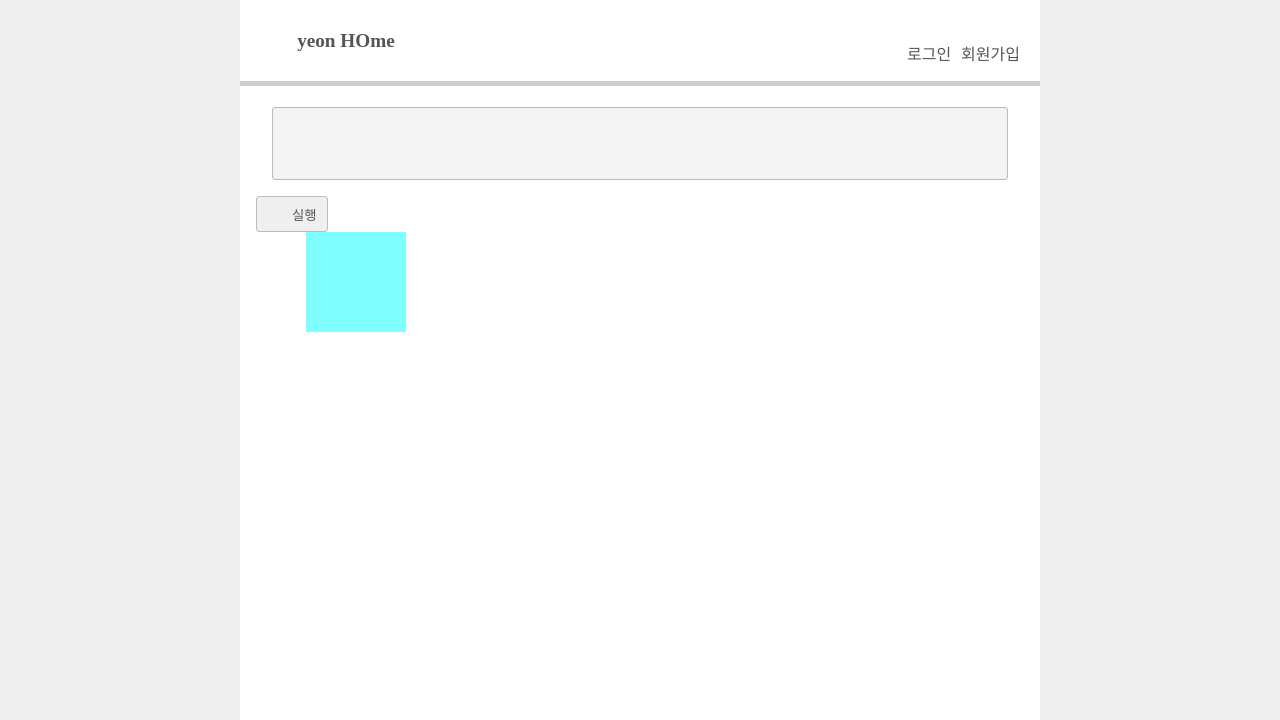
Repository: yeonhwa323/webPro
Page: webPro/src/main/webapp/jquery/days09/ex05.html
These files come from the project's save history. The page is drawn as it stood at one moment and after the next save; the edit follows.
The browser window is 1280 px wide. The pictures show the whole page.
After loading, the first visible `button` was clicked once.
Some web fonts or font styles are not loaded; a fallback is used.

Above is the page before, as saved 2024-04-17 05:16:39.

### webPro/src/main/webapp/jquery/days09/ex05.html
<!DOCTYPE html>
<html>
<head>
<meta charset="UTF-8">
<meta name="viewport" content="width=device-width, initial-scale=1.0">
<title>Insert title here</title>
<link rel="shortcut icon" type="image/x-icon" href="http://localhost/webPro/images/SiSt.ico">
<script src="https://ajax.googleapis.com/ajax/libs/jquery/3.7.1/jquery.min.js"></script>
<link rel="stylesheet" href="http://localhost/webPro/resources/cdn-main/example.css">
<script src="http://localhost/webPro/resources/cdn-main/example.js"></script>
<style>
 span.material-symbols-outlined{
   vertical-align: text-bottom;
 }
</style>
<style>
  #box{
  	width: 100px;
  	height: 100px;

  	position: absolute; /*절대좌표, 상대좌표*/

  	background-color: aqua;
  }
</style>
</head>
<body>
<header>
  <h1 class="main"><a href="#" style="position: absolute;top:30px;">yeon HOme</a></h1>
  <ul>
    <li><a href="#">로그인</a></li>
    <li><a href="#">회원가입</a></li>
  </ul>
</header>
<div>
  <xmp class="code">

  </xmp>

  <button>실행</button>
  <div id="box"></div>
</div>

<script>
 $("button").on("click", function(){
	 // position:absolute;

	 //$("#box").animate({left:"250px"});

	 // 여러 CSS 속성 설정
	 // left += 50;
	 $("#box").animate({
		 	left:"+=50px"
		 	, opacity: "0.5"
		 	, height: "+=50px;"
		 	, width: "+=50px;"
		});

 });
</script>

</body>
</html>

### webPro/src/main/webapp/resources/cdn-main/example.css
@charset "UTF-8";

@import url('https://fonts.googleapis.com/css2?family=Material+Symbols+Outlined:opsz,wght,FILL,GRAD@20..48,100..700,0..1,-50..200');

@font-face {
    font-family: 'GmarketSansMedium';
    src: url('https://cdn.jsdelivr.net/gh/projectnoonnu/noonfonts_2001@1.1/GmarketSansMedium.woff') format('woff');
    font-weight: normal;
    font-style: normal;
}

:root {
	--text-color: #555;
	--sub-text-color: #777;
	--back-color: #EFEFEF;
	--header-color: #444;
	--primary-color: #DEDEDE;
	--secondary-color: #EFEFEF;
	--default-width: 800px;
	--narrow-width: 500px;
	--wide-width: 1200px;
	--text-font: 'GmarketSansMedium';
	--icon-font: 'Material Symbols Outlined';
	--border-color: #CCC;
}

html, body {
	margin: 0;
	padding: 0;
}

html {
	background-color: var(--back-color);
	display: flex;
	justify-content: center;
	min-height: 100vh;
}

body, body.default {
	width: var(--default-width);
	background-color: white;
	padding-bottom: 120px;
}

body.wide {
	width: var(--wide-width);
}

body.narrow {
	width: var(--narrow-width);
}



body, p, div, span, a, input, select, option, textarea, button, table, th, td, label, fieldset, legend {
	font-family: var(--text-font);
	color: var(--text-color);
}

h1, h2, h3 {
	font-family: var(--text-font);
	color: var(--header-color);
	padding: 0 1rem;
	padding-top: .5rem;
}

div > h1, div > h2, div > h3 {
	padding: 0;
}

body > div, body > main > div {
	padding: 0.3rem 1rem;
}


h1 { font-size: 2rem; border-bottom: 1px solid var(--border-color); }
h1 small { font-size: 1.2rem; color: var(--sub-text-color); }
h2 { font-size: 1.5rem; border-bottom: 1px dashed var(--border-color); }
h2 small { font-size: 1.1rem; color: --sub-text-color; }
h3 { font-size: 1.2rem; }
h3 small { font-size: 1rem; color: --sub-text-color; }



h1.main::before {
	font-family: var(--icon-font);
  	content: '\e666';
  	margin-right: 10px;
  	float: left;
	font-size: 2.5rem;
}

h1.sub::before {
	font-family: var(--icon-font);
  	content: '\ea19';
  	margin-right: 10px;
  	float: left;
	font-size: 2.5rem;
}


h1.page::before {
	font-family: var(--icon-font);
  	content: '\e0e0';
  	margin-right: 10px;
  	float: left;
	font-size: 2.5rem;
}

body > header > ul > li > .active{
	background-color: #FFF;
	color:#F00;
}

body > header {
	display: flex;
	justify-content: space-between;
	border-bottom: 5px solid var(--border-color);
	min-height: 74px;
	background-color: #FFF;
}

body > header.sticky {
	position: sticky;
	top: 0;
	z-index: 98;
}

body > header > h1 {
	font-size: 1.2rem;
	border: 0;
}

body > header.in > h1::before {
	font-family: var(--icon-font);
  	content: '\e332‥';
  	margin-right: 3px;
  	float: left;
	font-size: 2rem;
}


body > header > ul {
	list-style-type: none;
	display: flex;
	align-items: flex-end;
	margin-right: 10px;
}

body > header > ul > li {
	margin-right: 10px;
	cursor: pointer;
}

body > header > ul > li > a {
	cursor: pointer;
}


form {
	display: block;
}

form > div {
	padding: 0.3rem 1rem;
}

div > form > div {
	padding: 0.3rem 0;
}

input, textarea, button, select {
	border: 1px solid #BBB;
	border-radius: 3px;
	outline: none;
	resize: none;
	padding: 7px;
	margin: 0;
}

input[type=text]:read-only, textarea:read-only {
	cursor: not-allowed;
	background-color: #FFF;
}

input[type=text]:disabled, textarea:disabled {
	cursor: not-allowed;
	background-color: #EEE;
}

input[type=text], input[type=password], textarea, button, select {
	/* width: 300px; */
}

textarea {
	display: block;
	height: 100px;
}

input[type=button], input[type=submit], button {
	/* width: inherit; */
}

input.short, textarea.short, button.short, select.short {
	width: 100px;
}

input.long, textarea.long, button.long, select.long {
	width: 350px;
}

.narrow input.long, .narrow textarea.long, .narrow button.long, .narrow select.long {
	width: calc(100% - 20px);
}

input.full, textarea.full, button.full, select.full {
	width: calc(100% - 20px);
}

textarea.short {
	height: 50px;
}

textarea.long {
	height: 100px;
}

textarea.full {
	height: 200px;
}

input, textarea {
	padding-top: 8px;
}

input[type=button], input[type=submit], button {
	padding: 5px 10px;
	background-color: var(--secondary-color);
	cursor: pointer;
	min-height: 36px;
}

input[type=button].primary, input[type=submit].primary, button.primary {
	/* background-color: rgba(100, 149, 237, .2); */
	background-color: var(--primary-color);
}

input[type=button].primary:hover, input[type=submit].primary:hover, button.primary:hover {
	/* background-color: rgba(100, 149, 237, .3); */
	background-color: var(--secondary-color);
}

input[type=button]:hover, input[type=submit]:hover, button:hover {
	background-color: var(--primary-color);
}

button {
	position: relative;
	left: 0;
	top: 0;
	padding-left: 35px;
}

button .material-symbols-outlined {
	position: absolute;
	left: 10px;
	top: 4px;
}

/* k2nik add */
button.login::before {
	font-family: var(--icon-font);
  	content: '\ea77';
	position: absolute;
	left: 11px;
	top: 4px;
	font-size: 1.25rem;
}

/* k2nik logout */
button.logout::before {
	font-family: var(--icon-font);
  	content: '\e9ba';
	position: absolute;
	left: 11px;
	top: 4px;
	font-size: 1.25rem;
}

/* k2nik help */
button.help::before {
	font-family: var(--icon-font);
  	content: '\f1c0';
	position: absolute;
	left: 11px;
	top: 4px;
	font-size: 1.25rem;
}

button.add::before{
	font-family: var(--icon-font);
  	content: '\e746';
	position: absolute;
	left: 11px;
	top: 4px;
	font-size: 1.25rem;
}

button.back::before {
	font-family: var(--icon-font);
  	content: '\e166';
	position: absolute;
	left: 11px;
	top: 4px;
	font-size: 1.25rem;
}

button.list::before {
	font-family: var(--icon-font);
  	content: '\e0ee';
	position: absolute;
	left: 11px;
	top: 4px;
	font-size: 1.25rem;
}


button.del::before {
	font-family: var(--icon-font);
  	content: '\e872';
	position: absolute;
	left: 11px;
	top: 4px;
	font-size: 1.25rem;
}


button.edit::before {
	font-family: var(--icon-font);
  	content: '\e745';
	position: absolute;
	left: 11px;
	top: 4px;
	font-size: 1.25rem;
}


button.login::before {
	font-family: var(--icon-font);
  	content: '\ea77';
	position: absolute;
	left: 11px;
	top: 4px;
	font-size: 1.25rem;
}


button.logout::before {
	font-family: var(--icon-font);
  	content: '\e9ba';
	position: absolute;
	left: 11px;
	top: 4px;
	font-size: 1.25rem;
}


button.in::before {
	font-family: var(--icon-font);
  	content: '\f71a';
	position: absolute;
	left: 11px;
	top: 4px;
	font-size: 1.25rem;
}


button.out::before {
	font-family: var(--icon-font);
  	content: '\f70e';
	position: absolute;
	left: 11px;
	top: 4px;
	font-size: 1.25rem;
}


button.reply::before {
	font-family: var(--icon-font);
  	content: '\e15e';
	position: absolute;
	left: 11px;
	top: 4px;
	font-size: 1.25rem;
}


button.comment::before {
	font-family: var(--icon-font);
  	content: '\e0b9';
	position: absolute;
	left: 11px;
	top: 4px;
	font-size: 1.25rem;
}


button.modal::before {
	font-family: var(--icon-font);
  	content: '\e89e';
	position: absolute;
	left: 11px;
	top: 4px;
	font-size: 1.25rem;
}


button.ok::before {
	font-family: var(--icon-font);
  	content: '\e86c';
	position: absolute;
	left: 11px;
	top: 4px;
	font-size: 1.25rem;
}


button.cancel::before {
	font-family: var(--icon-font);
  	content: '\e5c9';
	position: absolute;
	left: 11px;
	top: 4px;
	font-size: 1.25rem;
}

button.search::before {
	font-family: var(--icon-font);
  	content: '\e8b6';
	position: absolute;
	left: 11px;
	top: 4px;
	font-size: 1.25rem;
}

button.home::before {
	font-family: var(--icon-font);
  	content: '\e88a';
	position: absolute;
	left: 11px;
	top: 4px;
	font-size: 1.25rem;
}


button.sidebar::before {
	font-family: var(--icon-font);
  	content: '\f7e4';
	position: absolute;
	left: 11px;
	top: 4px;
	font-size: 1.25rem;
}


button.sidebar-right::before {
	font-family: var(--icon-font);
  	content: '\f7e5';
	position: absolute;
	left: 11px;
	top: 4px;
	font-size: 1.25rem;
}




button::before {
	font-family: var(--icon-font);
  	content: '\e323';
	position: absolute;
	left: 11px;
	top: 4px;
	font-size: 1.25rem;
}


table {
	border-collapse: collapse;
	margin: 1rem;
	box-sizing: border-box;
	width: calc(100% - 32px);
}

table.content {
	width: auto;
}

div > table {
	margin: 0;
}

table th, table td {
	border: 1px solid var(--border-color);
	padding: 7px;
	font-weight: normal;
}

table th {
	background-color: var(--back-color);
}

table.vertical th {
	width: 150px;
}

table.vertical td {
	width: calc(100% - 182px);
	padding-left: 10px;
}

table.content td, table.content th {
	width: auto;
}

body.narrow table.vertical th {
	width: 100px;
}

body.narrow table.vertical td {
	width: calc(100% - 182px);
}


table + table {
	margin-top: 30px;
}


p {
	padding: 0 1rem;
}

a {
	text-decoration: none;
}

a:hover {
	color: rgba(255, 99, 71, .7);
}

hr {
	border: 0;
	border-top: 1px solid var(--border-color);
	margin: 2rem 0;
}

.message {
	border: 1px solid var(--border-color);
	background-color: #EFEFEF;
	margin: 1rem;
	width: auto;
	padding-top: 10px;
	padding-bottom: 10px;
	font-size: 14px;
}

.message[title]::before {
	content: attr(title);
	display: block;
	border-bottom: 1px solid var(--border-color);
	padding-bottom: 5px;
	margin-bottom: 10px;
	margin-top: 7px;
}

.message.short {
	max-width: 250px;
}

.message.long {
	max-width: 500px;
}

.badge {
	float: right;
	font-size: .8rem;
	margin-top: 2px;
	margin-right: 2px;
	text-shadow: 0 0 7px gray;
}

.badge.left {
	float: none;
	margin-left: 2px;
}

.badge.right {
	float: right;
}

.badge.red {
	border-radius: 50%;
	padding: 2px 5px;
	background-color: rgb(255, 99, 71, .3);
}

.badge.yellow {

	border-radius: 50%;
	padding: 2px 5px;
	background-color: rgb(255, 215, 0, .5);
}

.badge.blue {
	border-radius: 50%;
	padding: 2px 5px;
	background-color: rgb(100, 149, 237, .3);
}

label + label {
	margin-left: 7px;
}

label input[type=checkbox], label input[type=radio] {
	transform: translate(0, 1px);
}

.group {
	display: flex;
}

.modal-content .group {
	margin-bottom: .5rem;
}

.group label {
	border: 1px solid #BBB;
	border-radius: 3px;
	outline: none;
	resize: none;
	padding: 7px 14px;
	margin: 0;
	border-top-right-radius: 0;
	border-bottom-right-radius: 0;
	background-color: #EFEFEF;
	white-space: nowrap;
	font-size: 14px;
}

.group input[type=text] {
	margin-left: -1px;
	border-top-left-radius: 0;
	border-bottom-left-radius: 0;
}

.group select {
	margin-left: -1px;
	border-top-left-radius: 0;
	border-bottom-left-radius: 0;
}

.group input.full[type=text] {
	margin-left: -1px;
	border-top-left-radius: 0;
	border-bottom-left-radius: 0;
	width: 100%;
}

.group input[type=button]:first-child, .group button:first-child {
	border-top-left-radius: 3px;
	border-bottom-left-radius: 3px;
	margin-left: 0px;
}

.group input[type=button], .group button {
	border-radius: 0;
	margin-left: -1px;
}

.group input[type=button]:last-child, .group button:last-child {
	margin-left: -1px;
	border-top-right-radius: 3px;
	border-bottom-right-radius: 3px;
}

.seperate {
	display: flex;
	justify-content: space-between;
}

div.list {
	width: max-content;
	margin: 1rem;
	border: 1px solid #BBB;
	border-radius: 3px;
	padding: 0;
}

div.list.full {
	width: auto;
	display: block;
	margin: 1rem;
	border: 1px solid #BBB;
	border-radius: 3px;
	padding: 0;
}

div.list > div {
	padding: .5rem 1rem;
	margin: 0;
	border-bottom: 1px solid #BBB;
}

div.list > div:last-child {
	border-bottom: 0;
}

pre.code , xmp.code{
	font-family: consols;
	background-color: rgba(150, 150, 150, .1);
	border: 1px solid #BBB;
	border-radius: 3px;
	padding: .5rem 1rem;
	padding-bottom: .6rem;
	margin: 1rem;
}




*[data-modal-window] {
	position: fixed;
	background-color: rgba(0, 0, 0, .3);
	left: 0;
	top: 0;
	display: none;
	justify-content: center;
	align-items: flex-start;
	width: 100%;
	min-height: 100vh;
	z-index: 100;
	opacity: 0;
	transition: 500ms all;
}

*[data-modal-window] .modal-container {
	border-radius: 5px;
	padding: 1rem;
	padding-bottom: .5rem;
	margin-top: -500px;
	opacity: 0;
	width: 500px;
	background-color: #FFF;
	margin-right: 2rem;
	transition: 500ms all;
}

*[data-modal-size=content] .modal-container {
	width: auto;
}

*[data-modal-size=narrow] .modal-container {
	width: 300px;
}

*[data-modal-size=wide] .modal-container {
	width: 760px;
}


*[data-modal-window] .modal-header {
	border-bottom: 1px solid var(--border-color);
	padding: 2px 5px;
}

*[data-modal-window] .modal-content {
	padding: 1rem 5px;
}

*[data-modal-window] .modal-content div:last-child {
	margin-top: 1rem;
	text-align: right;
}



*[data-sidebar-window] {
	position: fixed;
	background-color: #FFF;
	left: 0;
	top: 0;
	display: block;
	width: 300px;
	border-right: 1px solid var(--border-color);
	box-sizing: border-box;
	box-shadow: 0 0 3px var(--back-color);
	min-height: 100vh;
	z-index: 99;
	transform: translate(-300px, 0);
	transition-duration: 500ms;
	transition-property: transform;
}

*[data-sidebar-direction=right] {
	left: auto;
	right: 0;
	transform: translate(300px, 0);
	border-left: 1px solid var(--border-color);
}

*[data-sidebar-size=wide] {
	width: 500px;
	transform: translate(-500px, 0);
}

*[data-sidebar-window] .sidebar-title {
	border-bottom: 1px solid var(--border-color);
	margin-top: 20px;
	margin-bottom: 20px;
	padding-bottom: 5px;
	display: flex;
	justify-content: space-between;
}

*[data-sidebar-window] .sidebar-title span:last-child {
	cursor: pointer;
}


/* K2Nik pagination */
.center {
  text-align: center;
}

.pagination {
  display: inline-block;
}

.pagination a {
  color: black;
  float: left;
  padding: 3px 6px;
  text-decoration: none;
  transition: background-color .3s;
  border: 1px solid #ddd;
  margin: 0 3px;
}

.pagination a.active {
  background-color: #4CAF50;
  color: white;
  border: 1px solid #4CAF50;
}

.pagination a:hover:not(.active) {background-color: #ddd;}

### webPro/src/main/webapp/resources/cdn-main/example.js

window.onload = () => {

    const list = document.querySelectorAll('input, textarea');

    list.forEach(item => {
        item.setAttribute('autocomplete', 'off');
    });


    const modal_btn_list = document.querySelectorAll('*[data-modal-button]');

    modal_btn_list.forEach(item => {
        item.onclick = function() {

            const name = this.dataset['modalButton'];
            const modal_window = document.querySelector('*[data-modal-window=' + name);

            const container = document.createElement('div');
            container.className = 'modal-container';



            const modal_header = document.createElement('div');
            modal_header.textContent = modal_window.dataset['modalTitle'];
            modal_header.className = 'modal-header';
            container.appendChild(modal_header);

            const modal_content = document.createElement('div');
            modal_content.className = 'modal-content';
            container.appendChild(modal_content);

            Array.from(modal_window.childNodes).forEach(item => {
                modal_content.appendChild(item);
            });

            modal_window.appendChild(container);

            modal_window.style.display = 'flex';

            setTimeout(() => {
                modal_window.style.opacity = 1;
                container.style.marginTop = '20px';
                container.style.opacity = 1;
            }, 50);


            const modal_ok = document.querySelector('*[data-modal-ok=' + name);
            modal_ok.addEventListener('click', function() {
                modal_window.style.opacity = 0;
                container.style.marginTop = '-500px';
                container.style.opacity = 0;

                setTimeout(() => {
                    modal_window.innerHTML = modal_content.innerHTML;
                    modal_window.style.display = 'none';
                }, 500);

            });

            const modal_cancel = document.querySelector('*[data-modal-cancel=' + name);
            modal_cancel.addEventListener('click', function() {

                modal_window.style.opacity = 0;
                container.style.marginTop = '-500px';
                container.style.opacity = 0;

                setTimeout(() => {
                    modal_window.innerHTML = modal_content.innerHTML;
                    modal_window.style.display = 'none';
                }, 500);
            });


        };
    });


    const sidebar_btn_list = document.querySelectorAll('*[data-sidebar-button]');

    sidebar_btn_list.forEach(item => {
        item.onclick = function() {



            const name = this.dataset['sidebarButton'];
            const sidebar_window = document.querySelector('*[data-sidebar-window=' + name);

            if (sidebar_window.style.transform == 'translate(0px, 0px)') return;



            sidebar_window.style.transform = 'translate(0, 0)';

            const sidebar_title = document.createElement('div');
            sidebar_title.className = 'sidebar-title';
            sidebar_title.innerHTML = '<span>' + sidebar_window.dataset['sidebarTitle'] + '</span><span class="material-symbols-outlined">close</span>';

            sidebar_title.children[1].onclick = function() {

                let sign = 1;
                let distance = 300;

                if (sidebar_window.dataset['sidebarDirection'] != 'right') {
                    sign = -1;
                } else {
                    sign = 1;
                }

                if (sidebar_window.dataset['sidebarSize'] != 'wide') {
                    distance = 300;
                } else {
                    distance = 500;
                }

                distance *= sign;

                sidebar_window.style.transform = 'translate(' + distance + 'px, 0)';

                setTimeout(function() {
                    sidebar_window.removeChild(sidebar_window.children[0]);
                }, 500);
            };


            sidebar_window.prepend(sidebar_title);

        }
    });

};

// window.onkeydown = function(event) {

//     if (event.keyCode == 27) {
//         if (document.querySelector('[data-modal-window').style.display == 'flex') {
//             document.querySelector('[data-modal-window').style.display = 'none';
//         }
//     }

// };

After the next save:
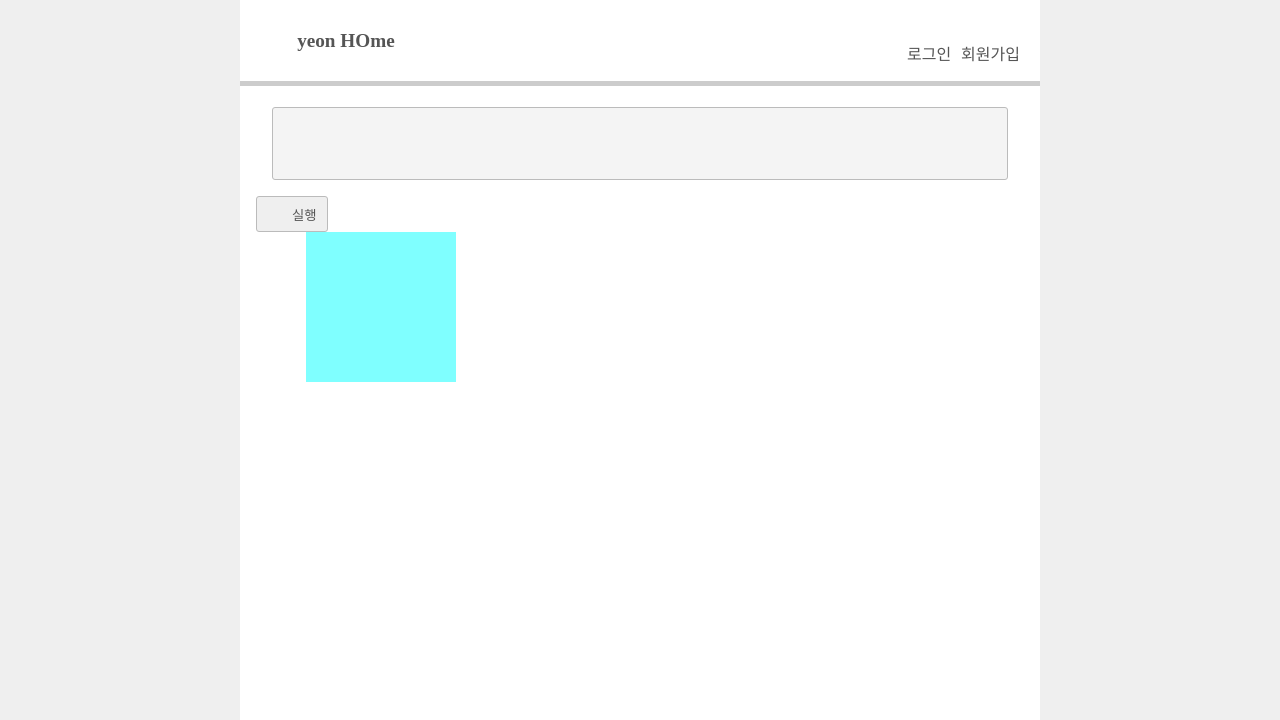
Saved 19 s later.
--- a/webPro/src/main/webapp/jquery/days09/ex05.html
+++ b/webPro/src/main/webapp/jquery/days09/ex05.html
@@ -52,8 +52,8 @@
 	 $("#box").animate({
 		 	left:"+=50px"
 		 	, opacity: "0.5"
-		 	, height: "+=50px;"
-		 	, width: "+=50px;"
+		 	, height: "+=50px"
+		 	, width: "+=50px"
 		});
 
  });
